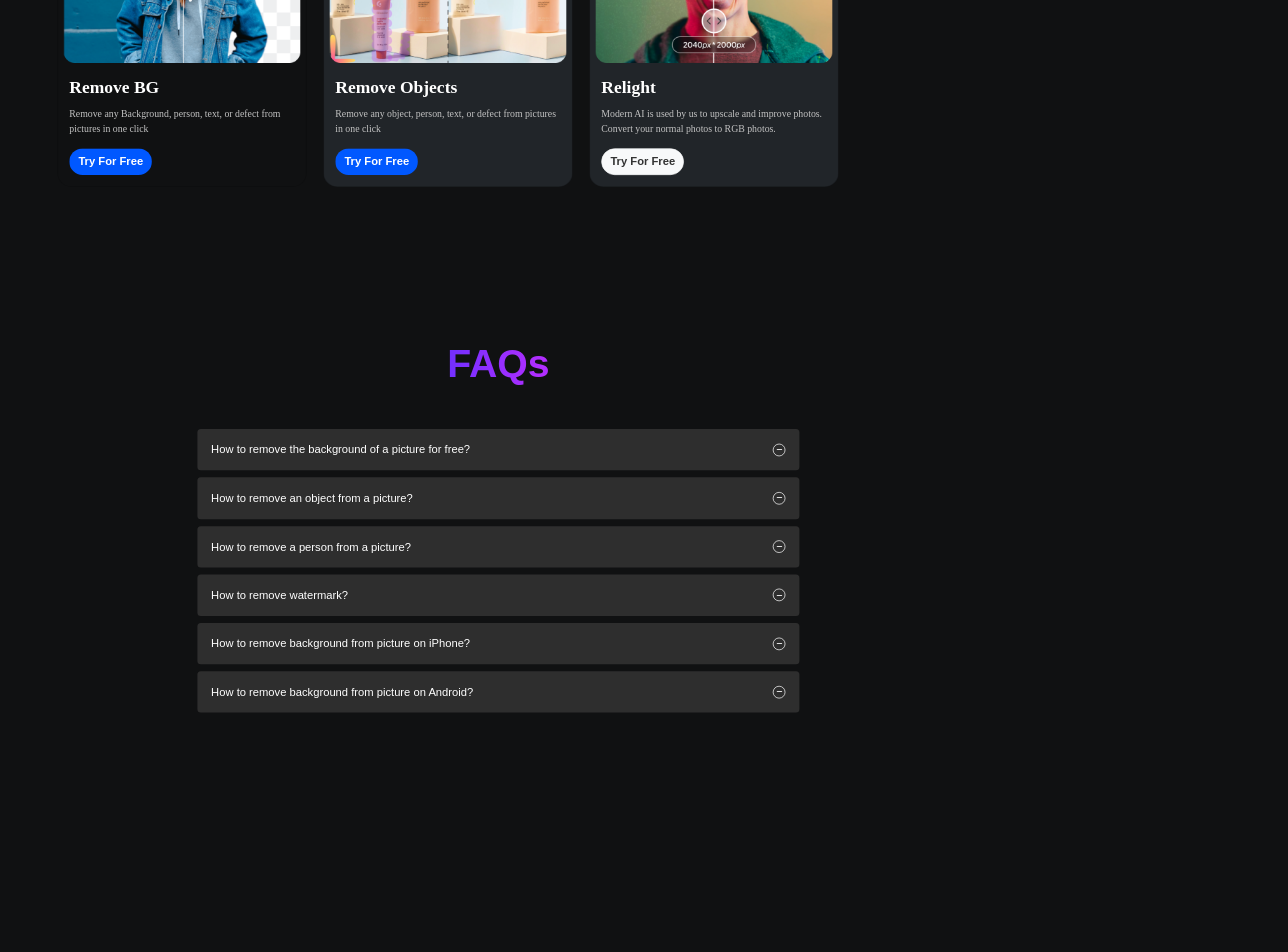
Repository: LuongTienThinh/lvh
Page: Relight Design/index.html
An editor plug-in stored every save of this project. The page is shown before and after the next save, followed by the edit.
The browser window is 1280 px wide. The page is 1840 px wide, so the pictures cover 1840 px, including what lies to the right of the window. The pictures show the part of the page from y = 2880 to 4240 px (the page is 4741 px tall before and 4491 px after), at 70% of full size.
Some web fonts or font styles are not loaded; a fallback is used.

Above is the page before, as saved 2023-11-30 11:08:18.

### Relight Design/index.html
<!DOCTYPE html>
<html lang="en">
<head>
    <meta charset="UTF-8">
    <meta name="viewport" content="width=device-width, initial-scale=1.0">
    <link href="https://cdn.jsdelivr.net/npm/bootstrap@5.3.2/dist/css/bootstrap.min.css" rel="stylesheet">
    <link rel="stylesheet" href="https://cdnjs.cloudflare.com/ajax/libs/font-awesome/6.4.2/css/all.min.css" integrity="sha512-z3gLpd7yknf1YoNbCzqRKc4qyor8gaKU1qmn+CShxbuBusANI9QpRohGBreCFkKxLhei6S9CQXFEbbKuqLg0DA==" crossorigin="anonymous" referrerpolicy="no-referrer" />
    <link rel="stylesheet" href="./public/css/style.css">
    <title>Slide</title>
</head>
<body>
    <nav class="navbar navbar-expand p-3">
        <div class="container">
          <img class="Union_1" src="./img/Union.png" alt="" />
          <a class="navbar-brand text-white" href="#">PixelPro</a>
          <button
            class="navbar-toggler"
            type="button"
            data-bs-toggle="collapse"
            data-bs-target="#navbarNavDropdown"
            aria-controls="navbarNavDropdown"
            aria-expanded="false"
            aria-label="Toggle navigation"
          >
            <span class="navbar-toggler-icon"></span>
          </button>
          <div class="collapse navbar-collapse" id="navbarNavDropdown">
            <ul class="navbar-nav ms-auto">
              <li class="nav-item">
                <a
                  class="nav-link active mx-2 dropdown-toggle"
                  aria-current="page"
                  href="#"
                  id="navbarDropdownMenuLink"
                  role="button"
                  data-bs-toggle="dropdown"
                  aria-expanded="false"
                >
                  Product
                </a>
              </li>
              <li class="nav-item">
                <a class="nav-link mx-2" href="../Pricing Page Design/index.html">Pricing</a>
              </li>
              <li class="nav-item">
                <a class="nav-link mx-2" href="#">API</a>
              </li>
              <li class="nav-item">
                <a class="nav-link mx-2" href="../Blog Page Design/index.html">Blog</a>
              </li>
            </ul>
            <ul class="navbar-nav ms-auto d-none d-lg-inline-flex">
              <li class="nav-item mx-2">
                <button
                  style="border-radius: 20px"
                  type="button"
                  class="btn text-white btn-outline-secondary"
                >
                  Login
                </button>
              </li>
              <li class="nav-item mx-2">
                <button
                  style="border-radius: 20px"
                  type="button"
                  class="btn btn-light"
                >
                  Sign up for free
                </button>
              </li>
            </ul>
          </div>
        </div>
      </nav>
      <div class="container">
        <div class="row">
          <div class="col-md-8">
            <h1 class="upscale-denoise-and">
              Transform your images with easy
              <span class="text_Upscale">relighting</span> tools
            </h1>
            <div class="boderexam1">
              <div class="button">
                <img
                  class="img_veto"
                  src="./img/round-add-button (1).png"
                  alt=""
                />Upload Image
              </div>
              <p
                style="
                  color: rgba(195, 195, 195, 1);
                  margin-left: 260px;
                  margin-top: 10px;
                  font-size: 14px;
                "
              >
                Drop an image or paste
              </p>
            </div>

            <p class="h_1">No image? Try one of these:&#8595;</p>
            <img class="image_2" src="./img/Images.png" alt="" />
          </div>
          <div class="col-md-2">
            <img class="upload-image" src="./img/Header Image1.png" alt="" />
          </div>
        </div>
      </div>
      <div class="container">
        <div class="row">
          <div class="col-md-6">
            <img class="intas_2" src="./img/Image 2.png" alt="" />
          </div>
          <div class="col-md-5">
              <h2 class="md_h4">Light up your photos with <span class="Upscale">RGB effects</span></h2>
              <p class="md_p4">Enhancement has never been this simple, but with AI's assistance, it can be completed in a matter of seconds without the need for pricy tools.</p>
              <button class="btn_2">Relight Photo Now</button>
            </div>
          </div>
        </div>
      </div>
      <div class="container">
        <div class="row">
          <div class="col-md-6">
            <h2 class="mb_h3">Effortlessly Color Any Image with  <span class="Upscale_rgb">PixelPro!</span></h2>
              <p class="mb_p3">Enhancement has never been this simple, but with AI's assistance, it can be completed in a matter of seconds without the need for pricy tools.</p>
              <button class="btn_2">Relight Photo Now</button>
            </div>
            <div class="col-md-5">
            <img class="img_3" src="./img/Image3.png" alt="">
          </div>
          </div>
        </div>
        <div class="container">
          <div class="row">
            <div class="main-content">
              <h2 class="md_h5">Try Our Other <span class="text_proodus">Products</span></h2>
            </div>
          </div>
        </div>
        <div class="container">
          <div class="row">
            <div class="col-sm-4">
              <div class="card card-group" style="background: rgba(16, 17, 18, 1);border-radius: 20px;">
                  <img class="img-fluid" src="./img/Rectangle 53.png" alt="Card image cap" style="width:338px;margin-left:8px; margin-top:10px;" >
                  <div class="card-body">
                      <h4 class="card-title">Remove BG</h4>
                      <p class="card-text">Remove any Background, person, text, or defect from pictures in one click</p>
                      <a href="#" class="bg-light text-dark"></a>
                      <button style="border-radius: 20px; background:rgba(0, 88, 255, 1);color:#fff;" type="button" class="btn"><b>Try For Free</b></button>
                  </div>
              </div>
              </div>
              <div class="col-sm-4">
        <div class="card card-group bg-dark " style="border-radius: 20px;">
            <img class="img-fluid" src="./img/Rectangle 52.png" alt="Card image cap"  style="width:338px;margin-left:8px; margin-top:10px;">
            <div class="card-body">
                <h4 class="card-title">Remove Objects</h4>
                <p class="card-text">Remove any object, person, text, or defect from pictures in one click</p>
                <a href="#" class="bg-light text-dark"></a>
                <button style="border-radius: 20px; background:rgba(0, 88, 255, 1);color:#fff;"  type="button" class="btn"><b>Try For Free</b></button>
            </div>
        </div>
        </div>
        <div class="col-sm-4">
          <div class="card card-group bg-dark" style="border-radius: 20px;">
              <img class="img-fluid" src="./img/Rectangle 51.png" alt="Card image cap"  style="width:338px;margin-left:8px; margin-top:10px;">
              <div class="card-body">
                  <h4 class="card-title">Relight</h4>
                  <p class="card-text">Modern AI is used by us to upscale and improve photos. Convert your normal photos to RGB photos.</p>
                  <a href="#" class="bg-light text-dark"></a>
                  <button style="color:#333;border-radius: 20px;" type="button" class="btn btn-light"><b>Try For Free</b></button>
          </div>
          </div>
        </div>
        </div>
        </div>
        <section>
          <div class="container" style="margin-top:500px; margin-left:700px">
    <div class="faqs">
        <h2 class="title">FAQs</h2>
        <div class="accordion" id="accordionPanelsStayOpenExample">
            <div class="accordion-item">
                <h2 class="accordion-header">
                    <button class="accordion-btn" type="button" data-bs-toggle="collapse" data-bs-target="#panelsStayOpen-collapseOne" aria-expanded="true" aria-controls="panelsStayOpen-collapseOne">
                        <div class="content">
                            <div class="top-content">
                                <div class="sub-title">How to remove the background of a picture for free?</div>
                                <div class="icon">
                                    <i class="btn-icon fa-solid fa-minus"></i>
                                </div>
                            </div>
                            <div id="panelsStayOpen-collapseOne" class="accordion-collapse collapse">
                                To remove the background of a picture, go to PixelPro.co/remove-background, and upload your image. PixelPro will remove the background for you, and you will be able to download your HD image for free.
                            </div>
                        </div>
                    </button>
                </h2>
            </div>
            <div class="accordion-item">
                <h2 class="accordion-header">
                    <button class="accordion-btn" type="button" data-bs-toggle="collapse" data-bs-target="#panelsStayOpen-collapseTwo" aria-expanded="true" aria-controls="panelsStayOpen-collapseTwo">
                        <div class="content">
                            <div class="top-content">
                                <div class="sub-title">How to remove an object from a picture?</div>
                                <div class="icon">
                                    <i class="btn-icon fa-solid fa-minus"></i>
                                </div>
                            </div>
                            <div id="panelsStayOpen-collapseTwo" class="accordion-collapse collapse">
                                To remove the background of a picture, go to PixelPro.co/remove-background, and upload your image. PixelPro will remove the background for you, and you will be able to download your HD image for free.
                            </div>
                        </div>
                    </button>
                </h2>
            </div>
            <div class="accordion-item">
                <h2 class="accordion-header">
                    <button class="accordion-btn" type="button" data-bs-toggle="collapse" data-bs-target="#panelsStayOpen-collapseThree" aria-expanded="true" aria-controls="panelsStayOpen-collapseThree">
                        <div class="content">
                            <div class="top-content">
                                <div class="sub-title">How to remove a person from a picture?</div>
                                <div class="icon">
                                    <i class="btn-icon fa-solid fa-minus"></i>
                                </div>
                            </div>
                            <div id="panelsStayOpen-collapseThree" class="accordion-collapse collapse">
                                To remove the background of a picture, go to PixelPro.co/remove-background, and upload your image. PixelPro will remove the background for you, and you will be able to download your HD image for free.
                            </div>
                        </div>
                    </button>
                </h2>
            </div>
            <div class="accordion-item">
                <h2 class="accordion-header">
                    <button class="accordion-btn" type="button" data-bs-toggle="collapse" data-bs-target="#panelsStayOpen-collapseFour" aria-expanded="true" aria-controls="panelsStayOpen-collapseFour">
                        <div class="content">
                            <div class="top-content">
                                <div class="sub-title">How to remove watermark?</div>
                                <div class="icon">
                                    <i class="btn-icon fa-solid fa-minus"></i>
                                </div>
                            </div>
                            <div id="panelsStayOpen-collapseFour" class="accordion-collapse collapse">
                                To remove the background of a picture, go to PixelPro.co/remove-background, and upload your image. PixelPro will remove the background for you, and you will be able to download your HD image for free.
                            </div>
                        </div>
                    </button>
                </h2>
            </div>
            <div class="accordion-item">
                <h2 class="accordion-header">
                    <button class="accordion-btn" type="button" data-bs-toggle="collapse" data-bs-target="#panelsStayOpen-collapseFive" aria-expanded="true" aria-controls="panelsStayOpen-collapseFive">
                        <div class="content">
                            <div class="top-content">
                                <div class="sub-title">How to remove background from picture on iPhone?</div>
                                <div class="icon">
                                    <i class="btn-icon fa-solid fa-minus"></i>
                                </div>
                            </div>
                            <div id="panelsStayOpen-collapseFive" class="accordion-collapse collapse">
                                To remove the background of a picture, go to PixelPro.co/remove-background, and upload your image. PixelPro will remove the background for you, and you will be able to download your HD image for free.
                            </div>
                        </div>
                    </button>
                </h2>
            </div>
            <div class="accordion-item">
                <h2 class="accordion-header">
                    <button class="accordion-btn" type="button" data-bs-toggle="collapse" data-bs-target="#panelsStayOpen-collapseSix" aria-expanded="true" aria-controls="panelsStayOpen-collapseSix">
                        <div class="content">
                            <div class="top-content">
                                <div class="sub-title">How to remove background from picture on Android?</div>
                                <div class="icon">
                                    <i class="btn-icon fa-solid fa-minus"></i>
                                </div>
                            </div>
                            <div id="panelsStayOpen-collapseSix" class="accordion-collapse collapse">
                                To remove the background of a picture, go to PixelPro.co/remove-background, and upload your image. PixelPro will remove the background for you, and you will be able to download your HD image for free.
                            </div>
                        </div>
                    </button>
                </h2>
            </div>
        </div>
    </div>
</div>
</section>
<footer class="w-100 bg-dark"  style="margin-top: 100px;">
  <div  class="text-center text-lg-start text-white">
    <div class="container p-4">
      <div class="row my-4">
        <div class="col-lg-3 col-md-6 mb-4 mb-md-0">
          <div class="  align-items-center mb-4 mx-auto" >
            <img src="./img/Union logo.png"
            width: 215px
            height: 50px
            top: 100px
            left: 135px
             alt=""/>
          </div>
          <p class="text-center">PixelPro is a smart AI background removal and image editor tool that lets you edit single or bulk images with precision.</p>
          <ul class="list-unstyled d-flex flex-row justify-content-center">
            <li>
              <a class="text-white px-2" href="#!">
                <img src="./img/Icon 1.svg" alt="">
              </a>
            </li>
            <li>
              <a class="text-white px-2" href="#!">
               <img src="./img/Icon 2.svg" alt="">
              </a>
            </li>
            <li>
              <a class="text-white ps-2" href="#!">
               <img src="./img/Icon 3.svg" alt="">
              </a>
            </li>
            <li>
              <a class="text-white ps-2" href="#!">
               <img src="./img/Icon 4.svg" alt="">
              </a>
            </li>
            <li>
              <a class="text-white ps-2" href="#!">
               <img src="./img/Vector 5.svg" alt="">
              </a>
            </li>
          </ul>

        </div>
        <div class="col-lg-3 col-md-4 mb-8 mb-md-0">
          <h5 class="text-uppercase mb-3">Product</h5>

          <ul class="list-unstyled">
            <li class="mb-2">
              <p class="text-white"><i class=""></i>Remove Background</p>
            </li>
            <li class="mb-2">
              <p href="#!" class="text-white"><i class=""></i> Remove Objects</p>
            </li>
            <li class="mb-2">
              <p href="#!" class="text-white"><i class=""></i>Upscale</p>
            </li>
            <li class="mb-2">
              <p href="#!" class="text-white"><i class=""></i>Pricing</p>
            </li>
            <li class="mb-2">
              <p href="#!" class="text-white"><i class=""></i>API Docs</i>
            </li>
          </ul>
        </div>
        <div class="col-lg-2 col-md-3 mb-6 mb-md-0">
          <h5 class="text-uppercase mb-3">Services</h5>

          <ul class="list-unstyled">
            <li class="mb-2">
              <p href="#!" class="text-white"><i class=""></i>PixelPro Production</p>
            </li>
            <li class="mb-2">
              <p href="#!" class="text-white"><i class=""></i>Studio Hire</p>
            </li>
            <li class="mb-2">
              <p href="#!" class="text-white"><i class=""></i>Affiliate Program</p>
            </li>
            <li class="mb-2">
              <p href="#!" class="text-white"><i class=""></i>Request a Quote</p>
            </li>
          </ul>
        </div>
        <div class="col-lg-2 col-md-3 mb-6 mb-md-0">
          <h5 class="text-uppercase mb-3">Resources</h5>

          <ul class="list-unstyled">
            <li>
              <p><i class=""></i>How To BG Remove</p>
            </li>
            <li>
              <p><i class=""></i>Our Blog</p>
            </li>
            <li>
              <p><i class=""></i>Help Center</p>
            </li>
          </ul>
        </div>
        <div class="col-lg-2 col-md-3 mb-6 mb-md-0">
          <h5 class="text-uppercase mb-3">Resources</h5>

          <ul class="list-unstyled">
            <li>
              <li class="mb-2">
                <p href="#!" class="text-white"><i class=""></i>About</p>
              </li>
              <li class="mb-2">
                <p href="#!" class="text-white"><i class=""></i>Contact</p>
              </li>
              <li class="mb-2">
                <p href="#!" class="text-white"><i class=""></i>Privacy</p>
              </li>
              <li class="mb-2">
                <p href="#!" class="text-white"><i class=""></i>Terms</p>
              </li>
              <li class="mb-2">
                <p href="#!" class="text-white"><i class=""></i>Cookies</p>
              </li>
            </ul>
          </ul>
        </div>
      </div>
    </div>
    <div class="text-center p-3"">
       Copyright 2023 ©uihut.com
    </div>
  </footer>
</div>
</div>
</div>
</body></html>












<script
src="https://cdn.jsdelivr.net/npm/@popperjs/core@2.11.8/dist/umd/popper.min.js"
integrity="sha384-I7E8VVD/ismYTF4hNIPjVp/Zjvgyol6VFvRkX/vR+Vc4jQkC+hVqc2pM8ODewa9r"
crossorigin="anonymous"
></script>
<script
src="https://cdn.jsdelivr.net/npm/bootstrap@5.3.1/dist/js/bootstrap.min.js"
integrity="sha384-Rx+T1VzGupg4BHQYs2gCW9It+akI2MM/mndMCy36UVfodzcJcF0GGLxZIzObiEfa"
crossorigin="anonymous"
></script>
<script
src="https://cdn.jsdelivr.net/npm/bootstrap@5.3.1/dist/js/bootstrap.bundle.min.js"
integrity="sha384-HwwvtgBNo3bZJJLYd8oVXjrBZt8cqVSpeBNS5n7C8IVInixGAoxmnlMuBnhbgrkm"
crossorigin="anonymous"
></script>
    <script src="./public/js/index.js"></script>
    <script src="https://cdn.jsdelivr.net/npm/bootstrap@5.3.2/dist/js/bootstrap.bundle.min.js"></script>
</body>
</html>

Loaded but not shown: Relight Design/public/js/index.js (11 lines, source omitted); Relight Design/public/css/style.css (386 lines, source omitted)

After the next save:
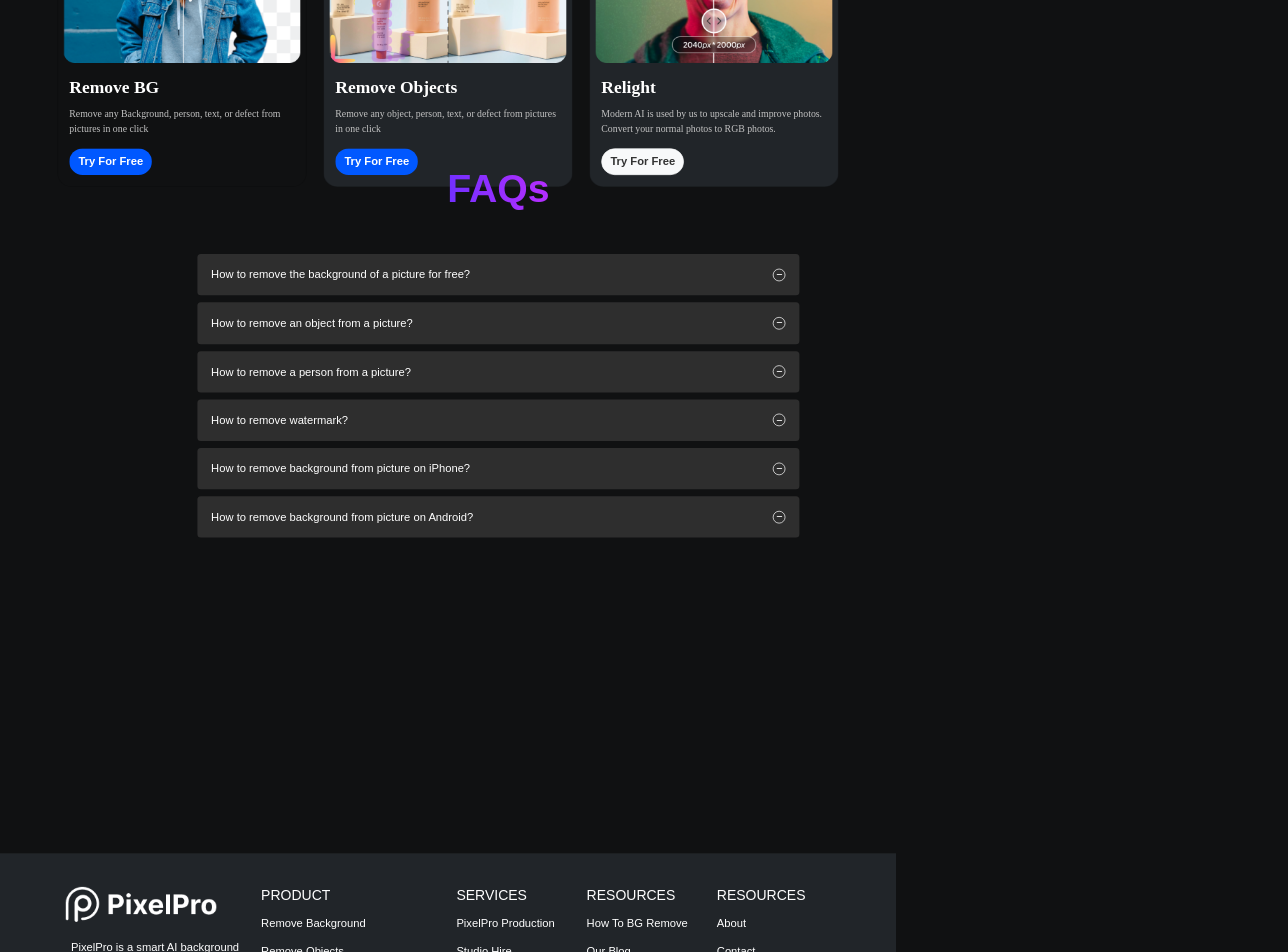
Saved 36 s later.
--- a/Relight Design/index.html
+++ b/Relight Design/index.html
@@ -177,7 +177,7 @@
         </div>
         </div>
         <section>
-          <div class="container" style="margin-top:500px; margin-left:700px">
+          <div class="container" style="margin-top:250px; margin-left:700px">
     <div class="faqs">
         <h2 class="title">FAQs</h2>
         <div class="accordion" id="accordionPanelsStayOpenExample">
